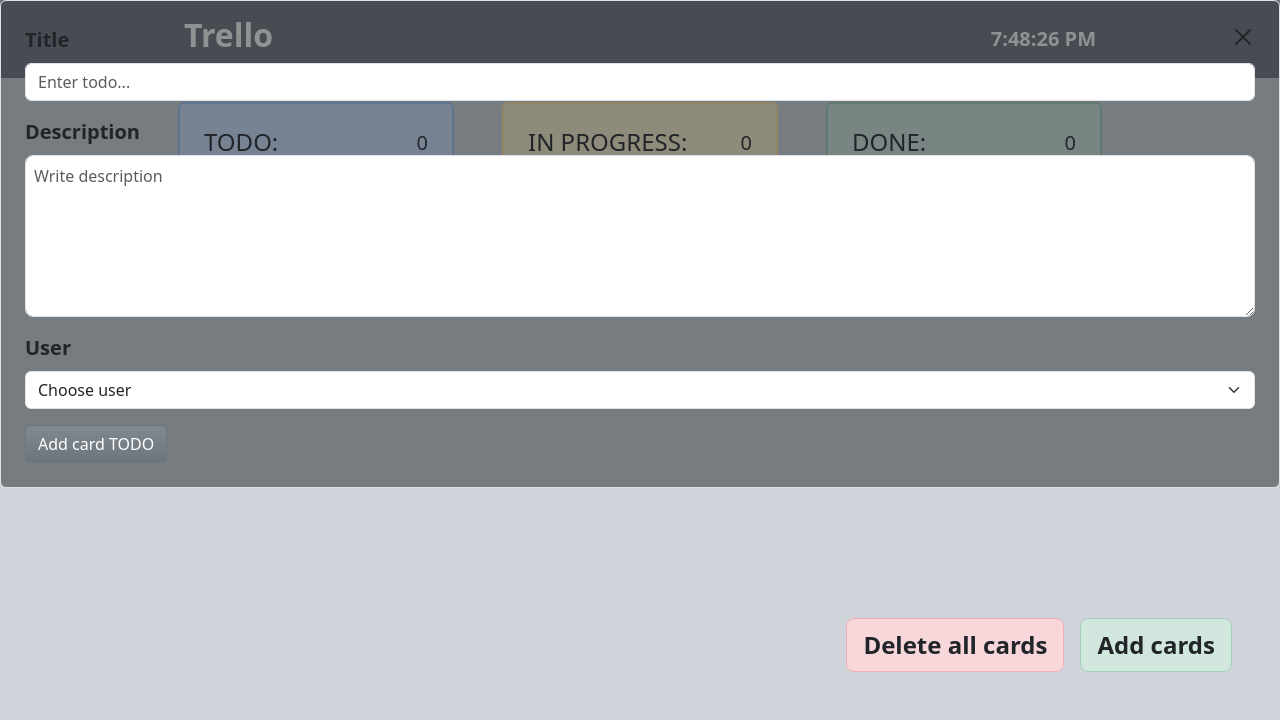
Repository: Valeria154/trello-app-clone
Page: / (app in trello-app-project/)
These files come from the project's save history. The page is drawn as it stood at one moment and after the next save; the edit follows.
The browser window is 1280 px wide. The pictures show the whole page.
Empty fields were first filled with sample values (such as "Sample", 5 or name@example.com).
After loading, the first visible `#addCardBtn` was clicked once.
The project was rebuilt for these pictures with package versions that can differ from the ones it lists, and the page was loaded fresh each time. Also part of the build but not shown: trello-app-project/vite.config.js.

Above is the page before, as saved 2025-03-15 20:50:54.

After the next save:
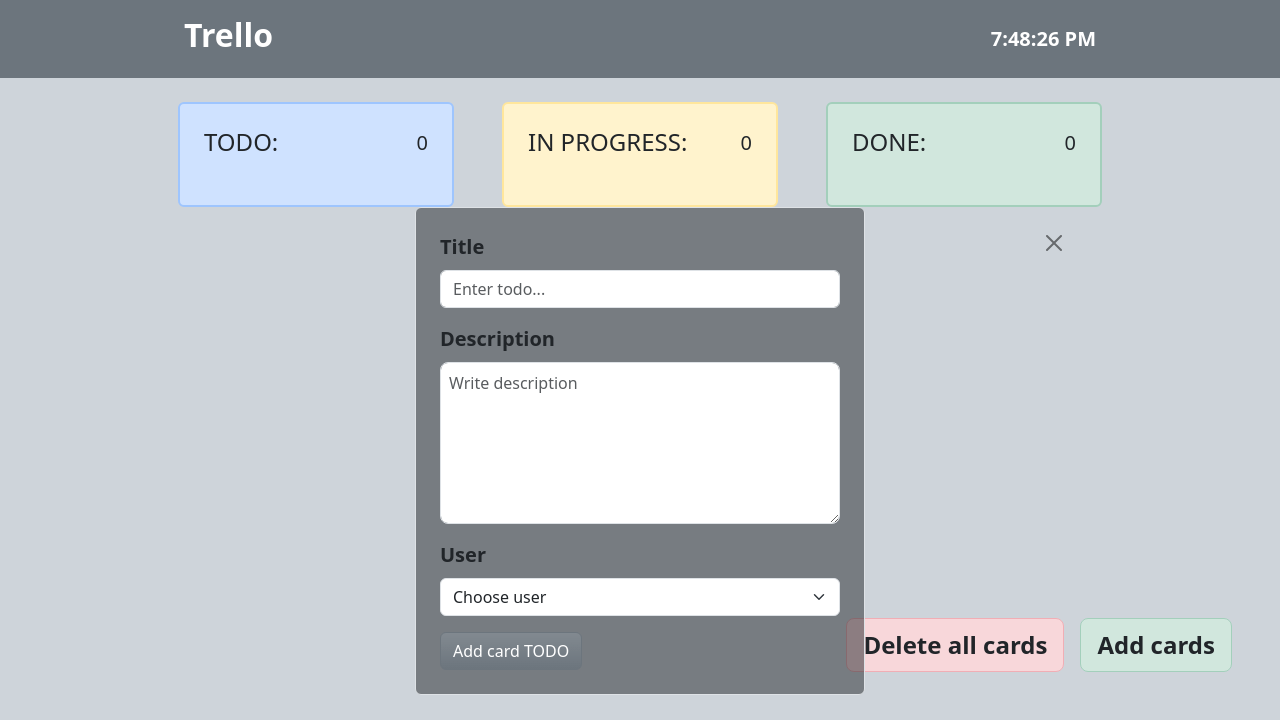
Saved 12 s later.
--- a/trello-app-project/src/main.js
+++ b/trello-app-project/src/main.js
@@ -27,7 +27,7 @@
 }
 function buildModalForm() {
 	return `
-				<form class="p-4 border rounded bg-light text-start fw-semibold w-50 position-fixed top-0 start-0 w-100 p-4 bg-dark bg-opacity-50">
+				<form class="p-4 border rounded bg-light text-start fw-semibold w-50 p-4 bg-dark bg-opacity-50">
 					<div class="mb-3">
 						<label for="title" class="form-label fs-5">Title</label>
 						<input type="text" class="form-control" id="title" placeholder="Enter todo...">
